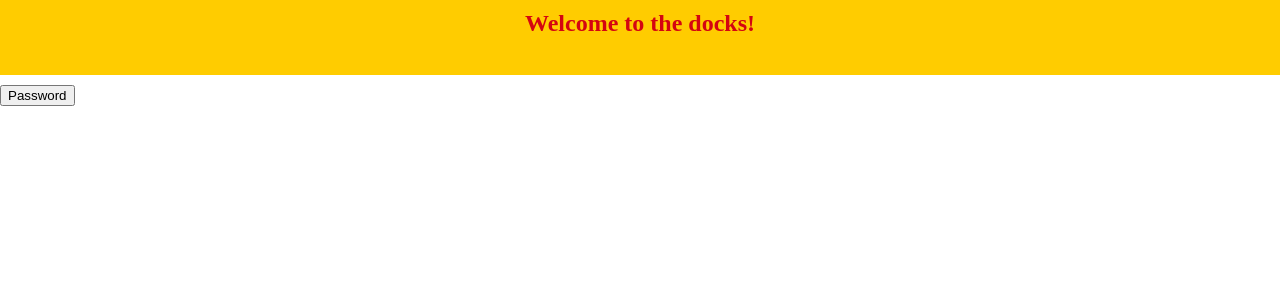
Repository: charliejp0311/java-final-proj
Page: dockWalk-frontend/index.html
An editor plug-in stored every save of this project. The page is shown before and after the next save, followed by the edit.
The browser window is 1280 px wide. The pictures show the whole page.

Above is the page before, as saved 2020-09-02 10:06:17.

### dockWalk-frontend/index.html
<!DOCTYPE html>
<html lang="en" dir="ltr">
    <head>
        <meta charset="utf-8">
        <link rel="stylesheet" href="style.css">
        <title>Dock Walk</title>
    </head>
    <body>
        <header>
            <h2>Welcome to the docks!</h2>
        </header>
        <main id="dock">

        </main>
    </body>
    <script type="application/javascript" src="src/index.js" charset="UTF-8"></script>
    <script type="application/javascript" src="src/user.js" charset="UTF-8"></script>
    <script type="application/javascript" src="src/dock.js" charset="UTF-8"></script>
    <script type="application/javascript" src="src/door_ranges.js" charset="UTF-8"></script>
    <script type="application/javascript" src="src/door.js" charset="UTF-8"></script>
</html>

### dockWalk-frontend/style.css
body {
    margin: 0;
    padding: 0;
}

header {
    background-color: #FFCC00;
    color: #D40511;
    text-align: center;
    margin: 0 auto;
    height: 75px;
}

header h2 {
    padding: 10px;
    margin: 0;
}

main {
    display: grid;
    grid-template-columns: 1fr;
    grid-template-rows: auto;
    grid-gap: 20px;
    padding-top: 10px;
    padding-bottom: 30px;
}

div.card {
    background-color: #eeeeee;
    height: 350px;
    width: 300px;
    box-shadow: 10px 10px grey;
    padding: 10px;
    border-radius: 10px;
}

p {
    font-size: .75em;
    color: black;
    font-family: Helvetica;
}
ul {
    padding: 20px;
}

li {
    font-size: 1.05em;
    list-style: none;
    padding-right: 20px;
    text-align: center;
}

button {
    font-size: 1em;
    color: #FFCC00;
    background-color: #D40511;
    border-radius: 10px;
    padding-bottom: 5px;
}

button.release {
    float: right;
    background-color: #E1332D;
}

@media only screen and (min-width: 500px) {
    main {
        grid-template-columns: 1fr 1fr;
    }
}

@media only screen and (min-width: 850px) {
    main {
        grid-template-columns: 1fr 1fr 1fr 1fr;
    }
}

### dockWalk-frontend/src/index.js
document.addEventListener("DOMContentLoaded", function () {
    let h = document.getElementsByTagName('header')[0]
    displayLogin();
    // fetchDocks();

});

### dockWalk-frontend/src/user.js
class User{
    constructor(name,password,user_type){
        this.name = name
        this.password = password
        this.user_type = user_type
    }
}

let displayLogin = () =>{
    let body = document.getElementById('dock')
    let frm = document.createElement('form')
    let inpt = document.createElement('input')
    inpt.type = 'text'
    inpt.value = 'Name'
    frm.appendChild(inpt)
    inpt.type = 'password'
    inpt.value = 'Password'
    frm.appendChild(inpt)
    inpt.type = 'submit'
    frm.appendChild(inpt)
    body.appendChild(frm)

}

let submitData = (name, email) => {
    let formData = {
        name: name,
        email: email
    }
    let configObj = {
        method: "post",
        headers: {
            "Content-Type": "application/json",
            "Accept": "application/json"
        },
        body: JSON.stringify(formData)
    };


    return fetch('http://localhost:3000/users', configObj)
        .then(resp => resp.json())
        .then(json => {
            document.body.append(json.id);
        })
        .catch(function (error) {
            if (error.code = '401') {
                document.body.append('Unauthorized Access')
                alert('Unauthorized Access');
            }
        });

};

### dockWalk-frontend/src/dock.js
class Dock {
    constructor(section) {
        this.section = section;
    }
}

//making an empty array of docks to store js dock obj's in thought is to get all the objects and store them in an array
const dks = [];
//playing to see what the data looks like
const ranges = [];
///playing more
const drs = [];

let displayDocks = (docks) => {
    let d = docks.data
    let inc = docks.included
    let rngs = inc.filter(rng => rng.type === 'door_range')
    let ports = inc.filter(prt => prt.type === 'door')
    //docks
    for (const section of d) {
        dks.push(new Dock(section.attributes.section))
        let sectionsRanges = rngs.filter(rng => rng.relationships.dock.data.id === section.id)
        //ranges
        for (const range of sectionsRanges) {
            ranges.push(new Range(
                section.attributes.section,
                range.attributes.range,
                range.attributes.racks
                ))
        let prts = ports.filter(prt => prt.relationships.door_range.data.id === range.id)
            //doors
        for (const p of prts) {
            drs.push(new Door(
                p.attributes.id,
                section.attributes.section,
                range.attributes.range,
                p.attributes.racks,
                p.attributes.number,
                p.attributes.stage,
                p.attributes.serviceable,
                p.attributes.service_comments,
                p.attributes.inbound_available,
                p.attributes.inbound_present,
                p.attributes.outbound_available,
                p.attributes.outbound_present
                ))
            }
        }
        let thisDocksRanges = ranges.filter(range => range.section === section.attributes.section)
        if (thisDocksRanges) {
            dockCard(section, thisDocksRanges)
        }
    }
}

let dockCard = (sec, ranges) => {
    let body = document.getElementById('dock')
    let div = document.createElement('div')
    div.className = 'card'
    div.id = sec.id
    div.addEventListener('click', (e) => {
        if (e.target.className === 'card') {
            // debugger;
            displaySec(dks[e.target.id - 1])
        }
    })
    div.innerText = sec.attributes.section
    let ul = document.createElement('ul')
    ul.innerText = "Door Ranges"
    for (const rng of ranges) {
        let li = document.createElement('li')
        // li.addEventListener('click',rangeClick())
        if (rng.range) {
            li.innerText = rng.range
        } else {
            li.innerText = rng.attributes.range
        }
        ul.appendChild(li)
    }
    div.appendChild(ul)
    body.appendChild(div)
}



let displaySec = (section) => {
    let h2 = document.getElementsByTagName('h2')[0]
    h2.innerText = `${section.section} - Door Ranges`
    let dock = document.getElementById('dock')
    dock.innerText = ""
    let tsr = ranges.filter(rng=>rng.section===section.section)
    for (const rng of tsr) {
        let div = document.createElement('div')
        div.className = 'card'
        div.innerText = rng.range
        div.addEventListener('click',(e)=>{
            displayRange(e.target.innerText.split('\n')[0])
        })
        let ul = document.createElement('ul')
        let trd = drs.filter(dr=>dr.range === rng.range)
        for (const dr of trd) {
            let li = document.createElement('li')
            li.innerText = `${dr.number} - serviceable ~ ${dr.serviceable}`
            ul.appendChild(li)
        }
        div.appendChild(ul)
        dock.appendChild(div)
    }
}


let fetchDocks = () => {
    return fetch('http://localhost:3000/docks')
        .then(resp => resp.json())
        .then(json => displayDocks(json))
}

### dockWalk-frontend/src/door_ranges.js
class Range extends Dock {
    constructor(dock, range) {
        super(dock)
        this.range = range
    }
}

let displayRange = (range) =>{
    let h2 = document.getElementsByTagName('h2')[0]
    h2.innerText = `${range} `
    let body = document.getElementById('dock')
    body.innerHTML = ""
    let trd = drs.filter(dr=>dr.range === range)
    for (const dr of trd) {
        let div = document.createElement('div')
        div.className = 'card'
        div.innerText = dr.number
        for (const key in dr) {
            let p = document.createElement('p')
            let element = dr[key];
            switch (key) {
                case "id":
                    break;
                case "number":
                    break;
                case 's_comments':
                    if (!dr.serviceable) {
                        p.innerText = `${key} ~ ${element}`
                        div.appendChild(p)
                    }
                    break;
                default:
                    p.innerText = `${key} ~ ${element}`
                    div.appendChild(p)
                    break;
            }

        }
        div.addEventListener("click", (e)=>{ displayDoor(dr)})
        body.appendChild(div)
    }
}

### dockWalk-frontend/src/door.js
class Door extends Range {
    constructor(id, dock, range, racks, number, stage, serviceable, s_comments, inbound_available, inbound_present, outbound_available, outbound_present) {
        super(dock, range)
        this.id = id
        this.number = number
        this.racks = racks
        this.stage = stage
        this.serviceable = serviceable
        this.s_comments = s_comments
        this.inbound_present = inbound_present
        this.inbound_available = inbound_available
        this.outbound_present = outbound_present
        this.outbound_available  = outbound_available
    }
}

let displayDoor = (door)=>{
    let h2 = document.getElementsByTagName('h2')[0]
    h2.innerText = `${door.number} ~ ${door.range} ~ ${door.section}`
    let body = document.getElementById('dock')
    body.innerHTML = ""
    let div = document.createElement('div')
    div.className = 'card'
    div.innerText = door.number
    let frm = doorCard(door)
    div.appendChild(frm)
    body.appendChild(div)
    ///need to set checks here for anything that is true
    for (const key in door) {
        if (door.hasOwnProperty(key)) {
            const element = door[key];
            if (element === true) {
                document.querySelector(`#${key}`).checked = true
            }
        }
    }
}

let doorCard = (door) => {
    if (door.serviceable) {
        let form = document.createElement('form')
        let comments = document.createElement('input')
        comments.type = "text"
        form.htmlFor = door
        form.id = door.id
        for (const key in door) {
            const element = door[key];
            let checkBox = document.createElement('input')
            checkBox.type = 'checkbox'
            let lbl = document.createElement('label')
            switch (key) {
                case 'section':
                    break;
                case 'range':
                    break;
                case 'number':
                    break;
                case 's_comments':
                    if (element !== '' ) {
                        lbl.innerText = `${element}`
                        form.appendChild(lbl)
                        form.innerHTML += '<br>'
                    } else if(door.serviceable === false){
                        lbl.innerText = `${key} ~`
                        form.appendChild(lbl)
                        form.innerHTML += '<br>'
                        let comments = document.createElement('input')
                        comments.type = 'text'
                        form.appendChild(comments)
                        form.innerHTML += '<br>'
                    }
                break;
                case 'id':
                break;
                default :
                    lbl.innerText = key
                    if (element===true) {
                        checkBox.click()
                    }
                    checkBox.id = key
                    form.appendChild(lbl)
                    form.appendChild(checkBox)
                    // checkBox.checked = element

                    form.innerHTML += '<br>'
                break;
            }
        }
        let submit = document.createElement('input')
        submit.type = 'submit'
        submit.addEventListener('click', (e)=>{
            let formElmnts = e.target.parentNode.children
            debugger;
        })
        form.appendChild(submit)
        return form;
    }
}

After the next save:
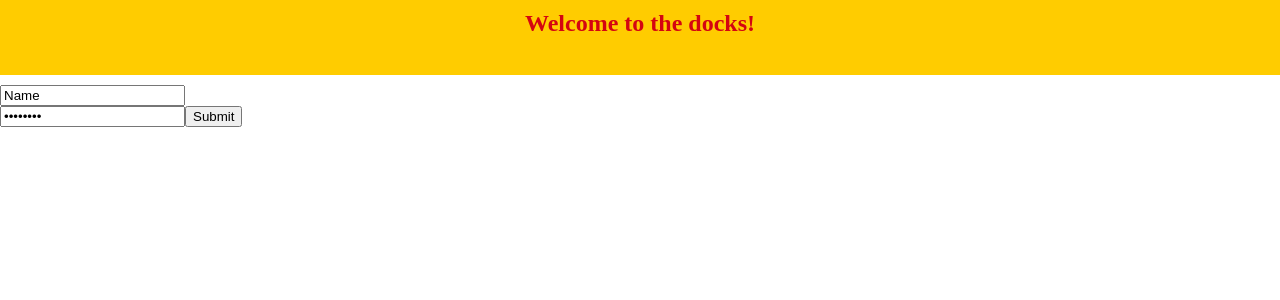
Saved 91 s later.
--- a/dockWalk-frontend/src/user.js
+++ b/dockWalk-frontend/src/user.js
@@ -9,15 +9,17 @@ class User{
 let displayLogin = () =>{
     let body = document.getElementById('dock')
     let frm = document.createElement('form')
-    let inpt = document.createElement('input')
-    inpt.type = 'text'
-    inpt.value = 'Name'
-    frm.appendChild(inpt)
-    inpt.type = 'password'
-    inpt.value = 'Password'
-    frm.appendChild(inpt)
-    inpt.type = 'submit'
-    frm.appendChild(inpt)
+    let name = document.createElement('input')
+    let pass = document.createElement('input')
+    let submit = document.createElement('input')
+    name.type = 'text'
+    name.value = 'Name'
+    frm.appendChild(name)
+    pass.type = 'password'
+    pass.value = 'Password'
+    frm.appendChild(pass)
+    submit.type = 'submit'
+    frm.appendChild(submit)
     body.appendChild(frm)
 
 }
